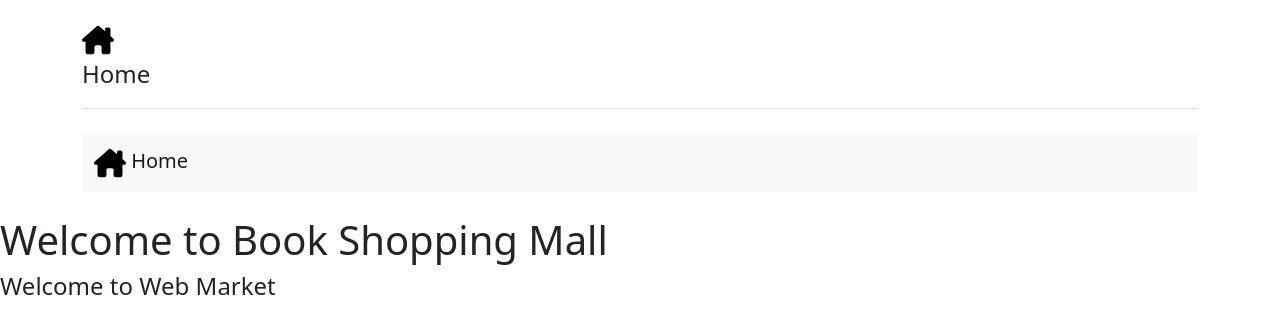
Repository: 6dreamhigh/jsp
Page: http://localhost/BookMarket/welcome.jsp
The author's editor kept a copy of each file at every save. The page is drawn from the files as they stood at one save, then again after the next save.
The browser window is 1280 px wide. The pictures show the whole page.
The page is served by Tomcat 9.

Above is the page before, as saved 2024-08-12 06:54:47.

After the next save:
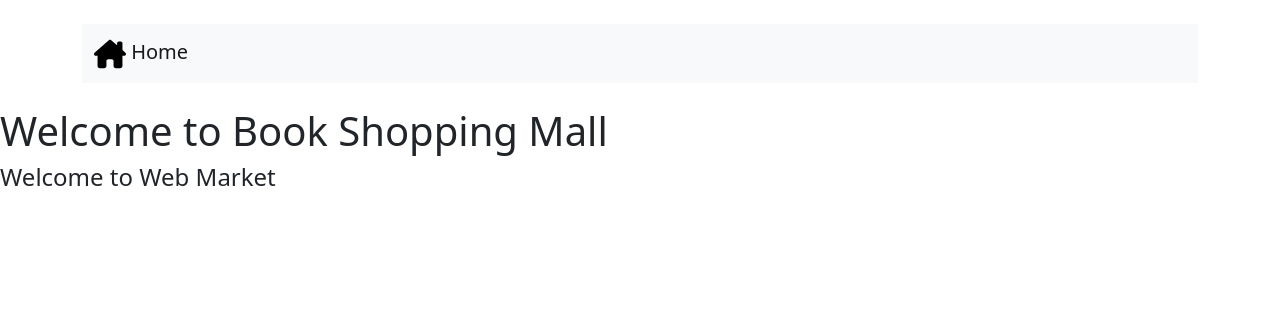
Saved 11 s later.
--- a/BookMarket/src/main/webapp/welcome.jsp
+++ b/BookMarket/src/main/webapp/welcome.jsp
@@ -10,12 +10,7 @@
 </head>
 <body>
 <div class ="container py-4">
-	<header class ="pb-3 mb-4 border-bottom">
-		<a href = "./welcome.jsp" class ="d-flex align-items-center text-dark text-decoration-none">
-		<svg width="32" height="32" xmlns="http://www.w3.org/2000/svg" viewBox="0 0 576 512"><!--!Font Awesome Free 6.6.0 by @fontawesome - https://fontawesome.com License - https://fontawesome.com/license/free Copyright 2024 Fonticons, Inc.--><path d="M543.8 287.6c17 0 32-14 32-32.1c1-9-3-17-11-24L512 185l0-121c0-17.7-14.3-32-32-32l-32 0c-17.7 0-32 14.3-32 32l0 36.7L309.5 7c-6-5-14-7-21-7s-15 1-22 8L10 231.5c-7 7-10 15-10 24c0 18 14 32.1 32 32.1l32 0 0 69.7c-.1 .9-.1 1.8-.1 2.8l0 112c0 22.1 17.9 40 40 40l16 0c1.2 0 2.4-.1 3.6-.2c1.5 .1 3 .2 4.5 .2l31.9 0 24 0c22.1 0 40-17.9 40-40l0-24 0-64c0-17.7 14.3-32 32-32l64 0c17.7 0 32 14.3 32 32l0 64 0 24c0 22.1 17.9 40 40 40l24 0 32.5 0c1.4 0 2.8 0 4.2-.1c1.1 .1 2.2 .1 3.3 .1l16 0c22.1 0 40-17.9 40-40l0-16.2c.3-2.6 .5-5.3 .5-8.1l-.7-160.2 32 0z"/></svg>
-		</a>
-		<span class="fs-4">Home</span>
-	</header>
+
 
 	<nav class="navbar navbar-light bg-light">
 	  <div class="container-fluid">
